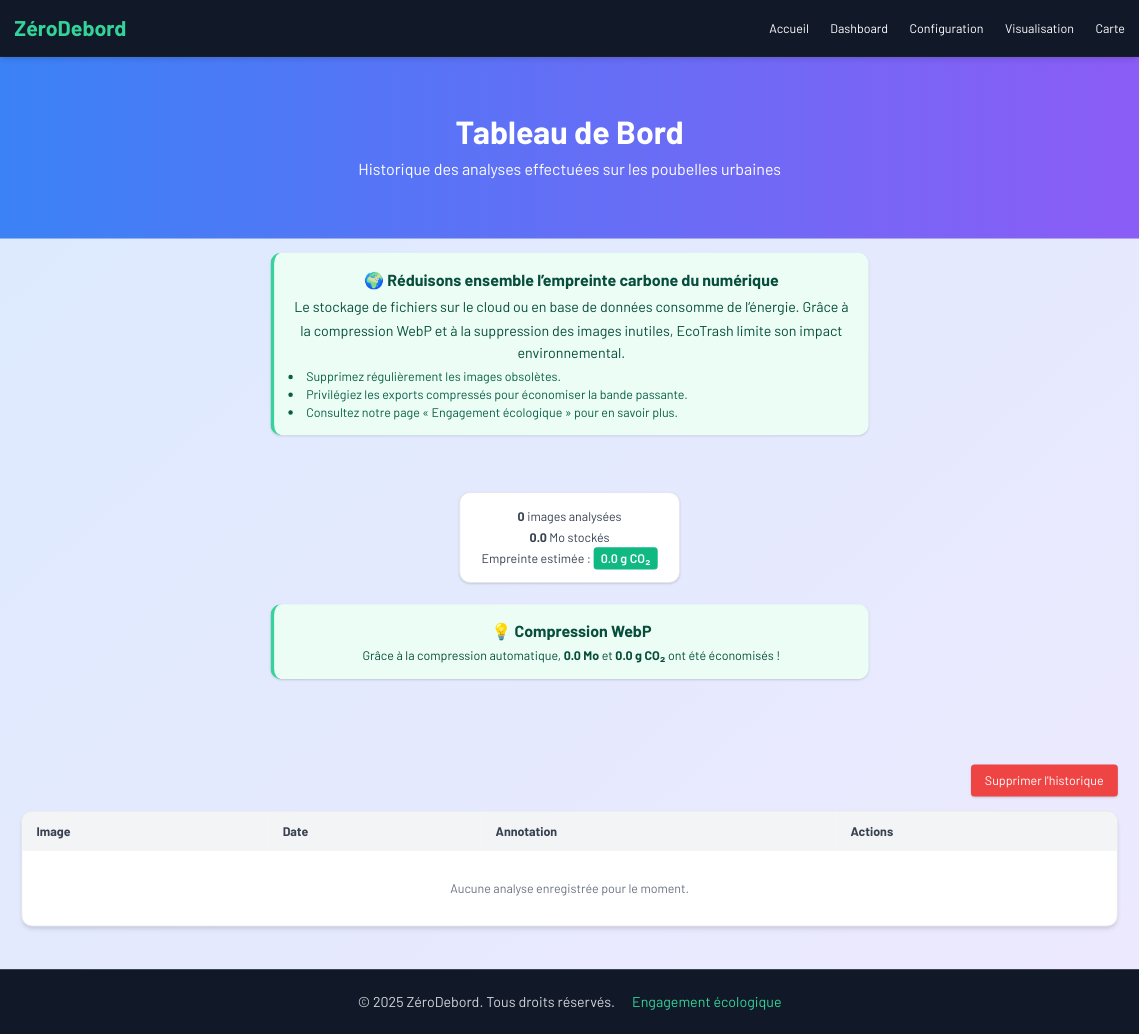
Repository: BaptGBM/MASTERCAMP
Page: http://localhost/dashboard
An editor plug-in stored every save of this project. The page is shown before and after the next save, followed by the edit.
The browser window is 1280 px wide. The pictures show the whole page, at 89% of full size.
The page is served by the project's application, run on Flask 3 (app.py). Queries for data that is not in the repository find no rows.

Above is the page before, as saved 2025-07-08 23:34:32.

After the next save:
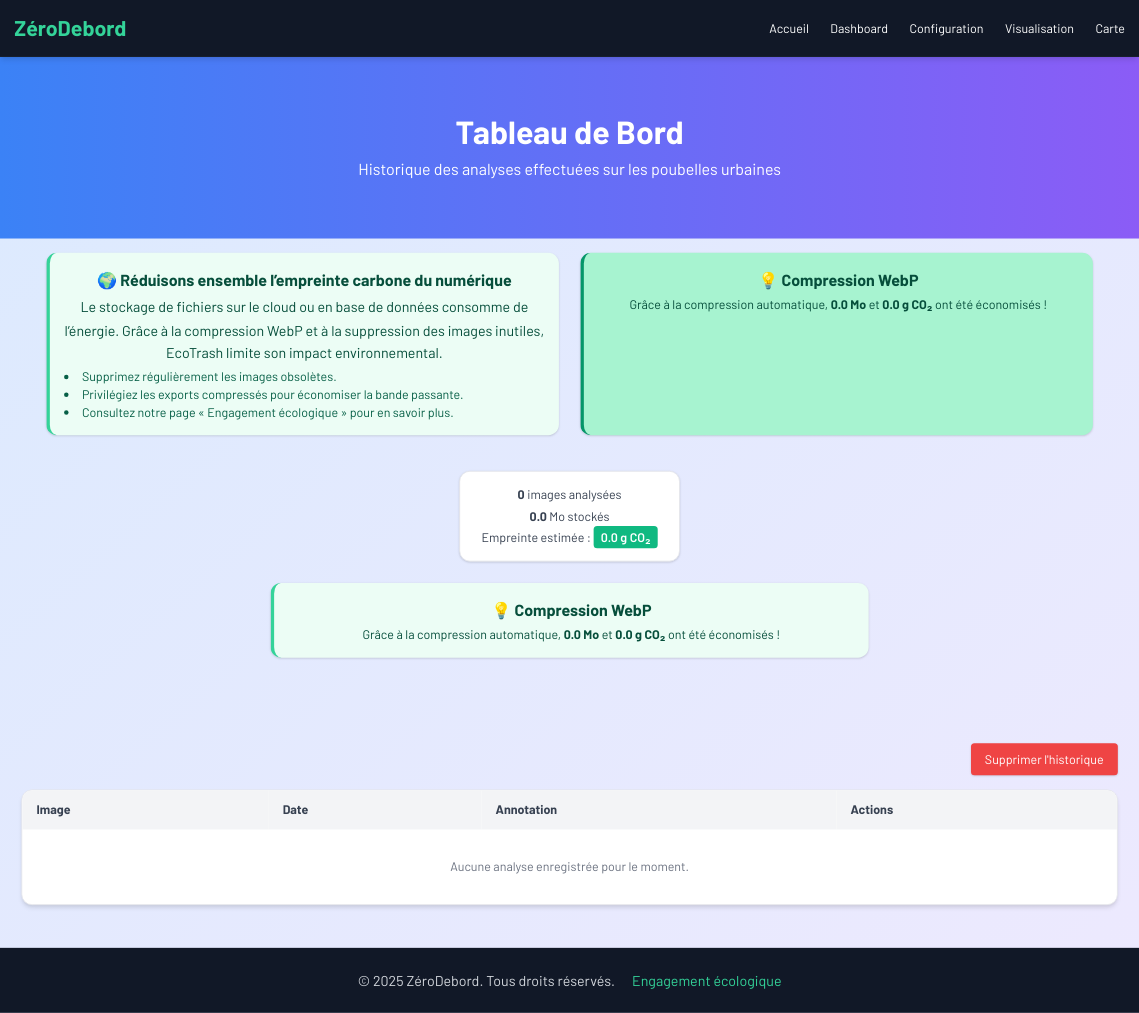
Saved 2 min 33 s later.
--- a/templates/dashboard.html
+++ b/templates/dashboard.html
@@ -40,14 +40,20 @@
   </section>
 
   <section class="py-4 text-center">
-    <div class="max-w-2xl mx-auto bg-green-50 border-l-4 border-green-400 text-green-900 p-4 rounded-xl shadow mb-6">
-      <h3 class="font-bold text-lg mb-1">🌍 Réduisons ensemble l’empreinte carbone du numérique</h3>
-      <p class="mb-1">Le stockage de fichiers sur le cloud ou en base de données consomme de l’énergie. Grâce à la compression WebP et à la suppression des images inutiles, EcoTrash limite son impact environnemental.</p>
-      <ul class="list-disc list-inside text-left text-green-800 text-sm">
-        <li>Supprimez régulièrement les images obsolètes.</li>
-        <li>Privilégiez les exports compressés pour économiser la bande passante.</li>
-        <li>Consultez notre page « Engagement écologique » pour en savoir plus.</li>
-      </ul>
+    <div class="flex flex-col md:flex-row justify-center gap-6">
+      <div class="flex-1 max-w-xl bg-green-50 border-l-4 border-green-400 text-green-900 p-4 rounded-xl shadow mb-6 md:mb-0">
+        <h3 class="font-bold text-lg mb-1">🌍 Réduisons ensemble l’empreinte carbone du numérique</h3>
+        <p class="mb-1">Le stockage de fichiers sur le cloud ou en base de données consomme de l’énergie. Grâce à la compression WebP et à la suppression des images inutiles, EcoTrash limite son impact environnemental.</p>
+        <ul class="list-disc list-inside text-left text-green-800 text-sm">
+          <li>Supprimez régulièrement les images obsolètes.</li>
+          <li>Privilégiez les exports compressés pour économiser la bande passante.</li>
+          <li>Consultez notre page « Engagement écologique » pour en savoir plus.</li>
+        </ul>
+      </div>
+      <div class="flex-1 max-w-xl bg-green-200 border-l-4 border-green-600 text-green-900 p-4 rounded-xl shadow mb-6 md:mb-0">
+        <h3 class="font-bold text-lg mb-1">💡 Compression WebP</h3>
+        <p class="text-sm">Grâce à la compression automatique, <span class="font-bold">{{ gain_mb }} Mo</span> et <span class="font-bold">{{ gain_co2 }} g CO₂</span> ont été économisés&nbsp;!</p>
+      </div>
     </div>
   </section>
 
